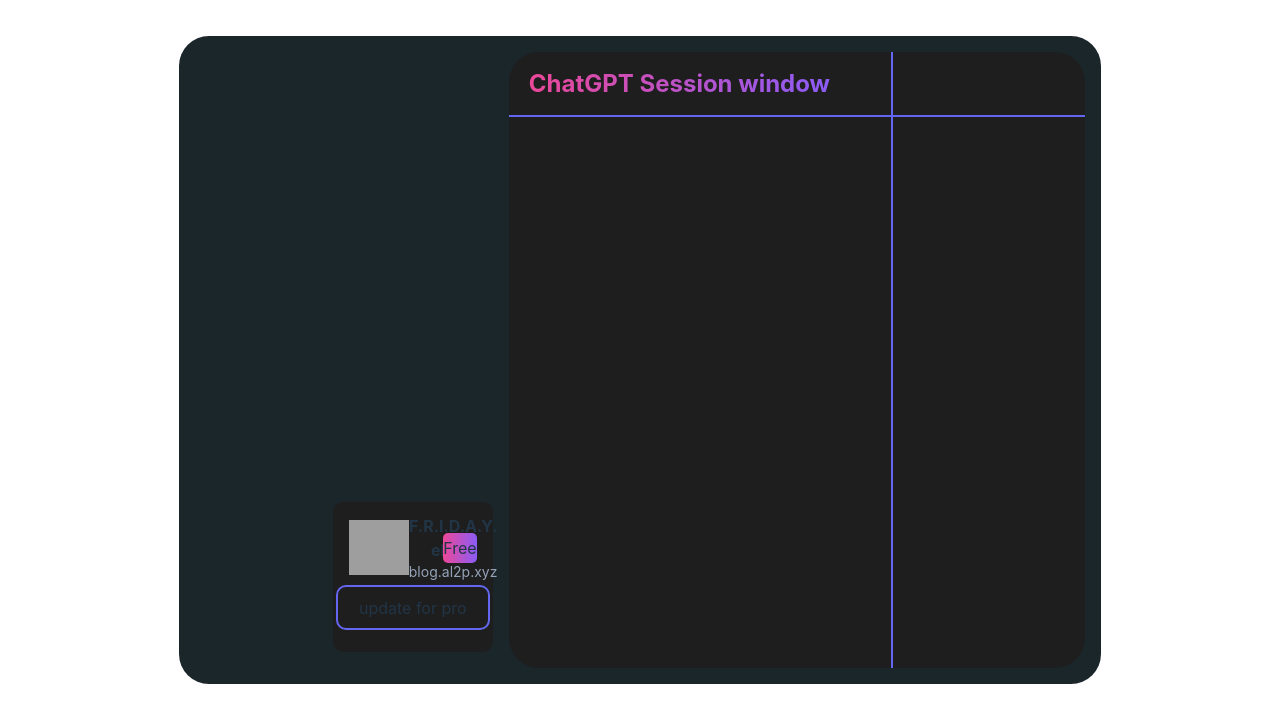
Repository: yezhonghu0503/chatgpt-vue-lac
Page: /
An editor plug-in stored every save of this project. The page is shown before and after the next save, followed by the edit.
The browser window is 1280 px wide. The pictures show the whole page.
Pictures or frames that could not be fetched are drawn as grey boxes. The project was rebuilt for these pictures with package versions that can differ from the ones it lists, and the page was loaded fresh each time. Also part of the build but not shown: vite.config.ts.

Above is the page before, as saved 2023-05-18 15:22:02.

After the next save:
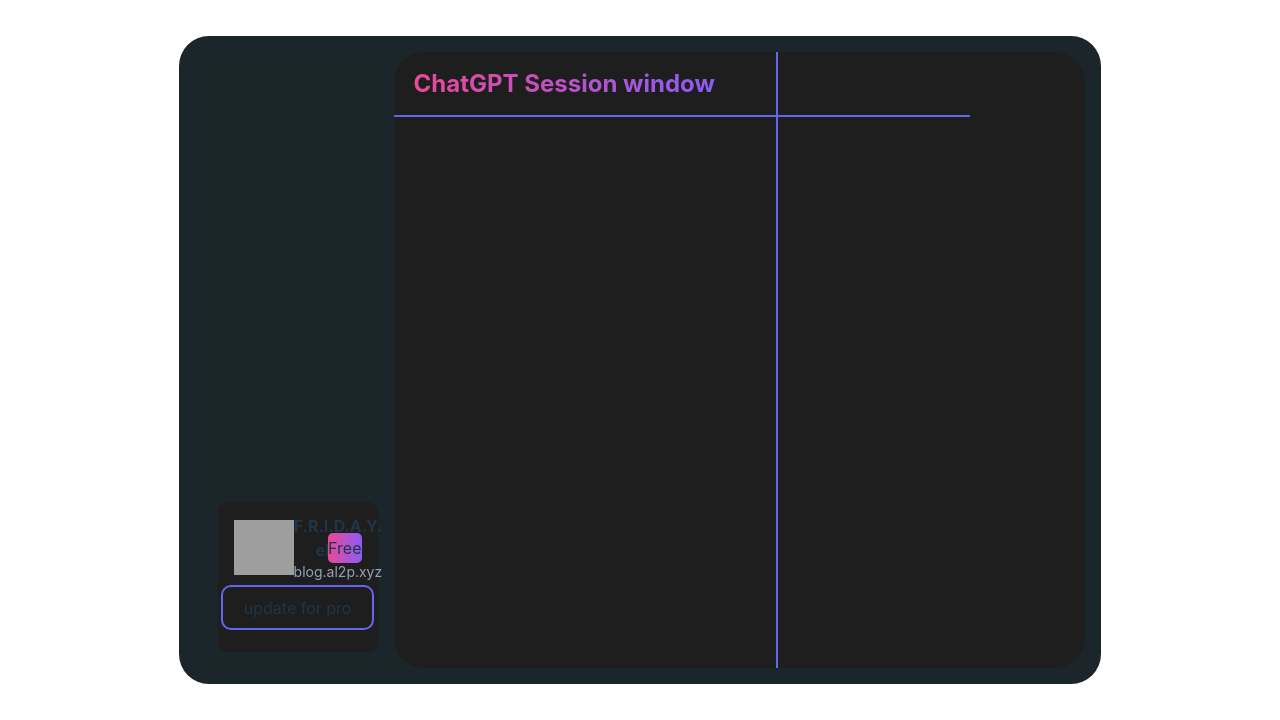
Saved 23 s later.
--- a/src/components/chat-main/chatMain.vue
+++ b/src/components/chat-main/chatMain.vue
@@ -1,12 +1,14 @@
 <template>
-    <div class="w-[45vw] h-[100%] bg-rg-chat rounded-[30px] flex">
-            <div class="w-[30vw] h-[100%] border-r-2 border-indigo-500">
-                <div class="w-[100%] h-[65px] border-b-2 border-indigo-500 flex justify-start items-center p-5">
-                    <span class='text-2xl font-bold text-transparent bg-clip-text bg-gradient-to-r from-pink-500 to-violet-500'>ChatGPT Session window</span>
-                </div>
+    <div class="w-[54vw] h-[100%] bg-rg-chat rounded-[30px] flex">
+        <div class="w-[30vw] h-[100%] border-r-2 border-indigo-500">
+            <div class="w-[100%] h-[65px] border-b-2 border-indigo-500 flex justify-start items-center p-5">
+                <span
+                    class='text-2xl font-bold text-transparent bg-clip-text bg-gradient-to-r from-pink-500 to-violet-500'>ChatGPT
+                    Session window</span>
             </div>
-            <div class="w-[15vw] h-[65px] border-b-2 border-indigo-500"></div>
         </div>
+        <div class="w-[15vw] h-[65px] border-b-2 border-indigo-500"></div>
+    </div>
 </template>
 
 <script lang="ts" setup>
